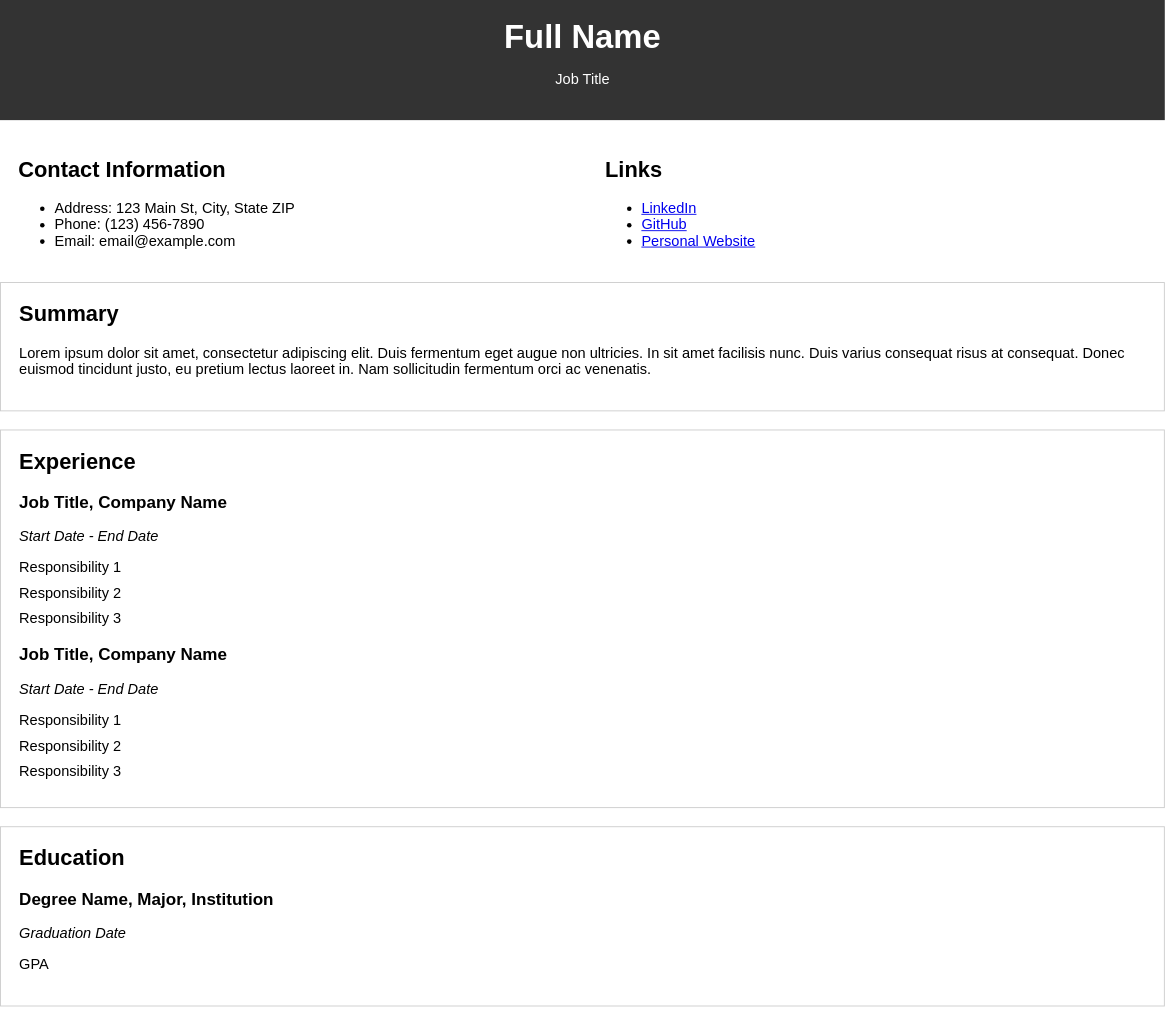
Repository: Git-it-right/Centrality
Page: cv.html
An editor plug-in stored every save of this project. The page is shown before and after the next save, followed by the edit.
The browser window is 1280 px wide. The pictures show the whole page, at 91% of full size.

Above is the page before, as saved 2023-04-17 11:21:46.

After the next save:
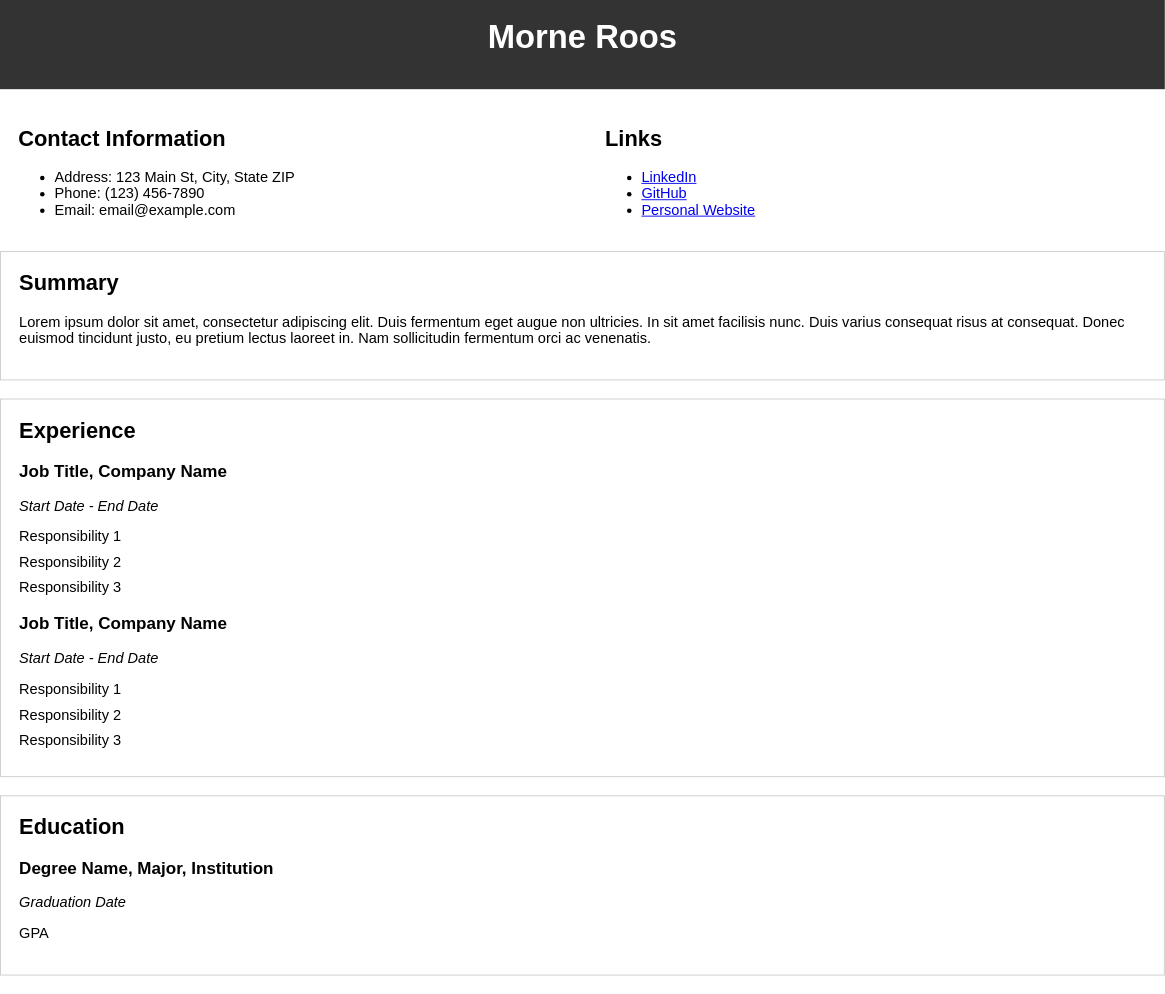
Saved 25 s later.
--- a/cv.html
+++ b/cv.html
@@ -46,8 +46,8 @@
   </head>
   <body>
     <div class="header">
-      <h1>Full Name</h1>
-      <p>Job Title</p>
+      <h1>Morne Roos</h1>
+      <p></p>
     </div>
     <div class="contact-info">
       <div>
